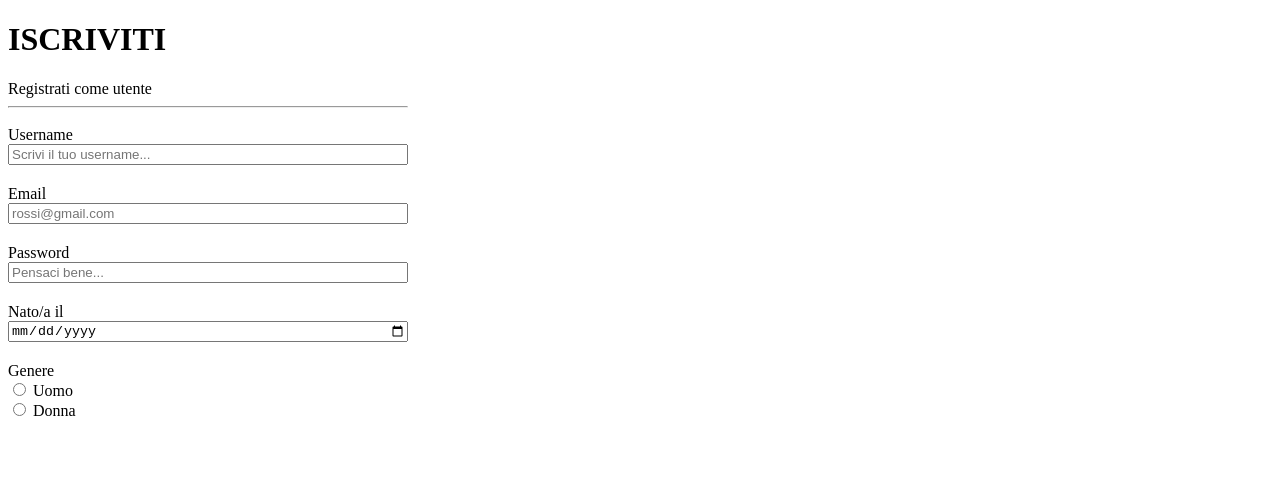
Repository: CryptoFamilyNFT/develhope
Page: html/form.html
The author's editor kept a copy of each file at every save. The page is drawn from the files as they stood at one save, then again after the next save.
The browser window is 1280 px wide. The pictures show the whole page.

Above is the page before, as saved 2024-11-06 16:10:01.

### html/form.html
<!DOCTYPE html>
<html lang="en">
  <head>
    <meta charset="UTF-8" />
    <meta name="viewport" content="width=device-width, initial-scale=1.0" />
    <title>Document</title>
  </head>
  <style>
    form {
      max-width: 400px;
    }
    .container {
      display: flex;
      flex-direction: column;
      gap: 20px;
      padding-top: 10px;
    }

    .section {
      display: flex;
      flex-direction: column;
    }
  </style>
  <body>
    <form>
      <h1>ISCRIVITI</h1>
      <body1>Registrati come utente</body1>
      <hr />
      <div class="container">
        <div class="section">
          <label for="Username">Username</label>
          <input
            name="Username"
            id="username"
            placeholder="Scrivi il tuo username..."
          />
        </div>
        <div class="section">
          <label for="Email">Email</label>
          <input
            name="Email"
            id="Email"
            type="email"
            placeholder="rossi@gmail.com"
          />
        </div>
        <div class="section">
          <label for="password">Password</label>
          <input
            name="password"
            id="password"
            type="password"
            placeholder="Pensaci bene..."
          />
        </div>
        <div class="section">
          <label for="data_nascita">Nato/a il</label>
          <input
            name="data_nascita"
            id="data_nascita"
            type="date"
            min="1930-01-01"
            max="2023-31-12"
            placeholder="Pensaci bene..."
          />
        </div>
        <div class="section">
          <label for="Genere">Genere</label>
          <label for="Uomo">
            <input
              name="Genere"
              id="Uomo"
              type="radio"
              value="Uomo"
              placeholder="Uomo"
            />
            Uomo
          </label>
          <label for="Donna">
            <input
              name="Genere"
              id="Donna"
              type="radio"
              value="Donna"
              placeholder="Uomo"
            />
            Donna
          </label>
        </div>
      </div>
    </form>
  </body>
</html>

After the next save:
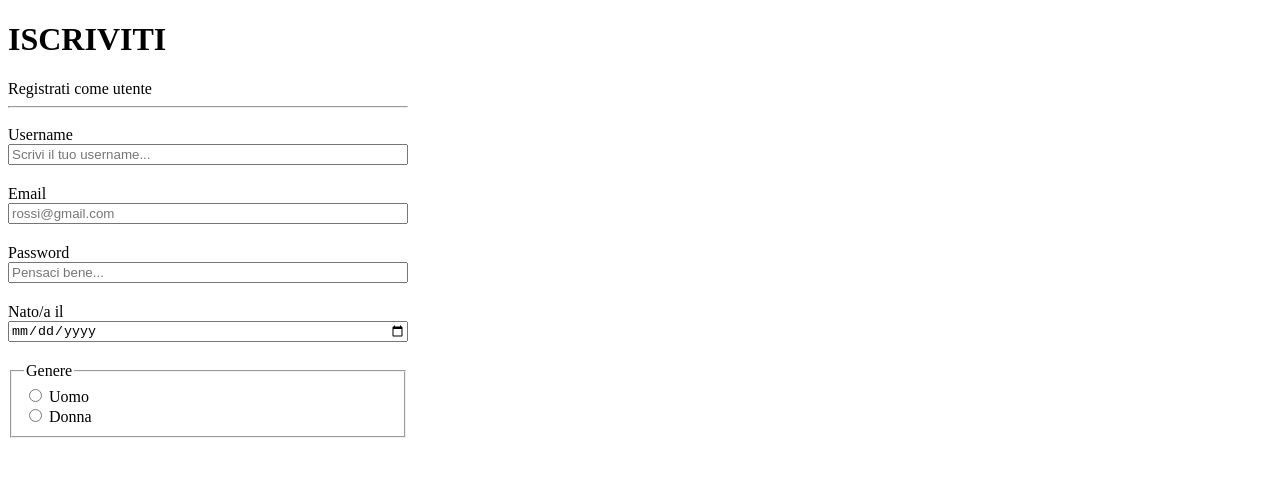
Saved 3 min 51 s later.
--- a/html/form.html
+++ b/html/form.html
@@ -64,29 +64,31 @@
             placeholder="Pensaci bene..."
           />
         </div>
-        <div class="section">
-          <label for="Genere">Genere</label>
-          <label for="Uomo">
-            <input
-              name="Genere"
-              id="Uomo"
-              type="radio"
-              value="Uomo"
-              placeholder="Uomo"
-            />
-            Uomo
-          </label>
-          <label for="Donna">
-            <input
-              name="Genere"
-              id="Donna"
-              type="radio"
-              value="Donna"
-              placeholder="Uomo"
-            />
-            Donna
-          </label>
-        </div>
+        <fieldset>
+            <legend>Genere</legend>
+          <div class="section">
+            <label for="Uomo">
+              <input
+                name="genere"
+                id="genere_u"
+                type="radio"
+                value="Uomo"
+                placeholder="Uomo"
+              />
+              Uomo
+            </label>
+            <label for="Donna">
+              <input
+                name="genere"
+                id="genere_d"
+                type="radio"
+                value="Donna"
+                placeholder="Uomo"
+              />
+              Donna
+            </label>
+          </div>
+        </fieldset>
       </div>
     </form>
   </body>
